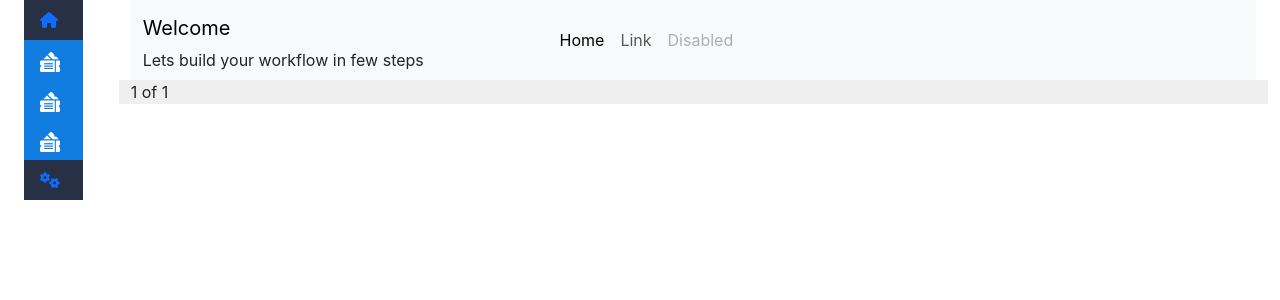
Repository: rishikarajeev/GL_HelpDesk
Page: /showtickets
The author's editor kept a copy of each file at every save. The page is drawn from the files as they stood at one save, then again after a run of saves.
The browser window is 1280 px wide. The pictures show the whole page.
The project was rebuilt for these pictures with package versions that can differ from the ones it lists, and the page was loaded fresh each time. Also part of the build but not shown: src/App.css, src/Pages/HomePage.jsx.

Above is the page before, as saved 2024-01-08 20:46:19.

After the next 3 saves:
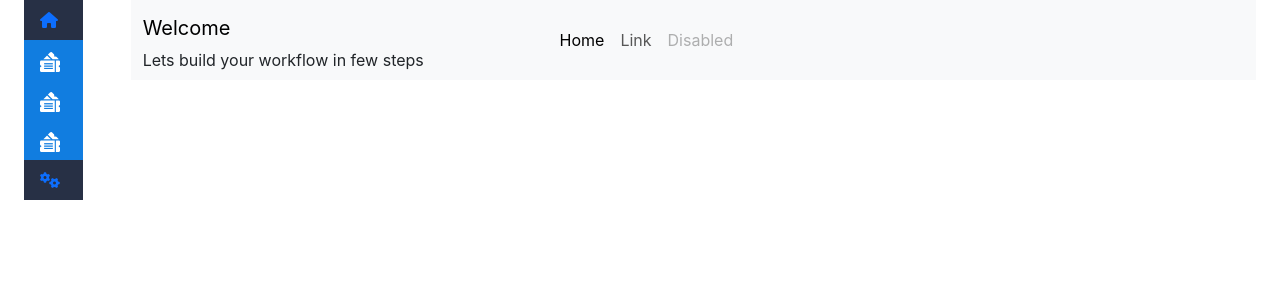
The 3 saves are shown as one change because they came seconds apart.
The last was saved 6 s later.
--- a/src/Pages/ViewTickets.jsx
+++ b/src/Pages/ViewTickets.jsx
@@ -8,7 +8,7 @@ function ViewTickets() {
   <Container fluid className='bgColor'>
     <Row className="col-md-3 col-lg-2 d-md-block  sidebar align-items-end ">
       <Col><Row></Row></Col>
-      <Col>1 of 1</Col>
+      <Col><Row></Row></Col>
     </Row>
   </Container>
   )
